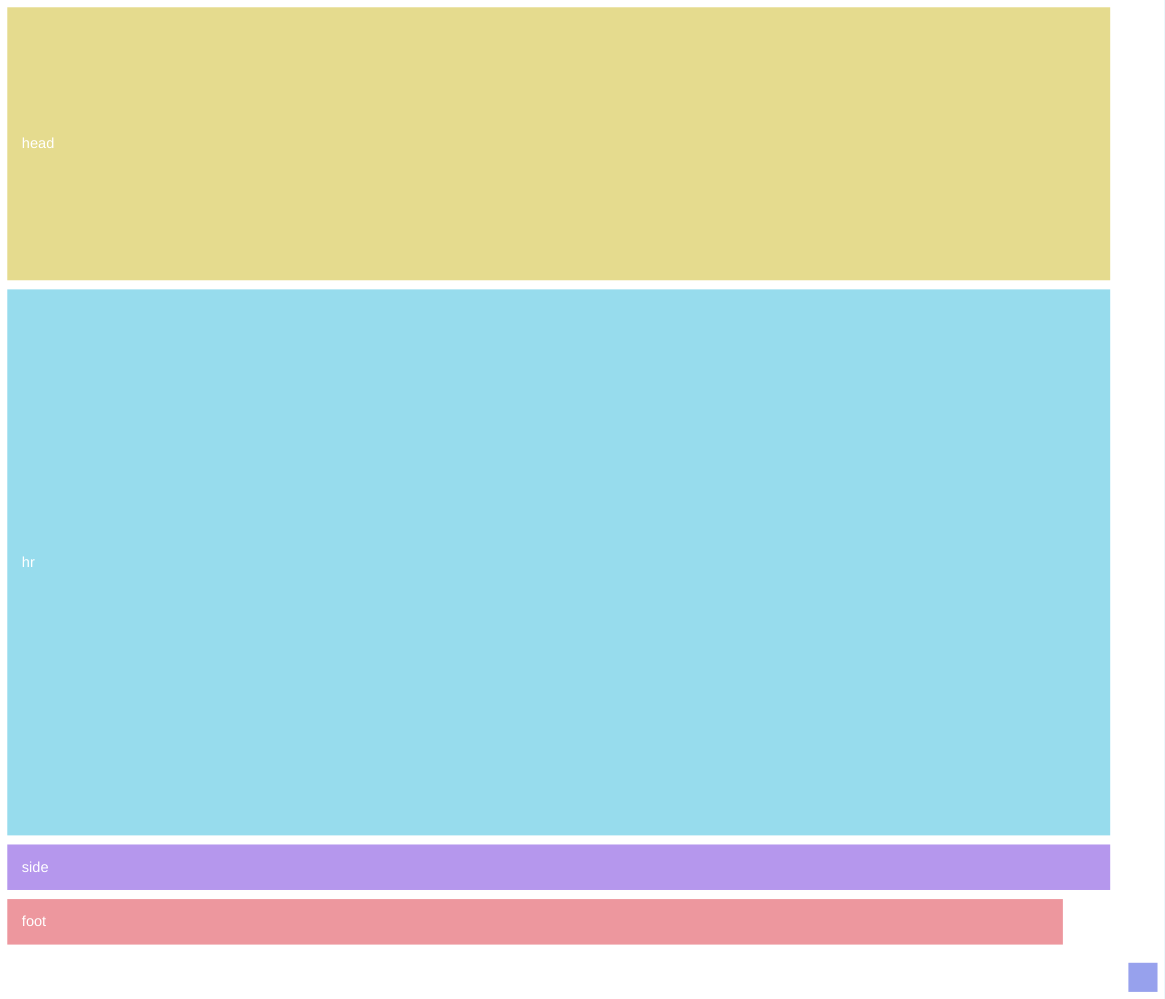
Repository: SamirIngley/html-semantic
Page: templates/grid.html
These files come from the project's save history. The page is drawn as it stood at one moment and after the next save; the edit follows.
The browser window is 1280 px wide. The pictures show the whole page, at 91% of full size.

Above is the page before, as saved 2020-02-06 15:29:38.

After the next save:
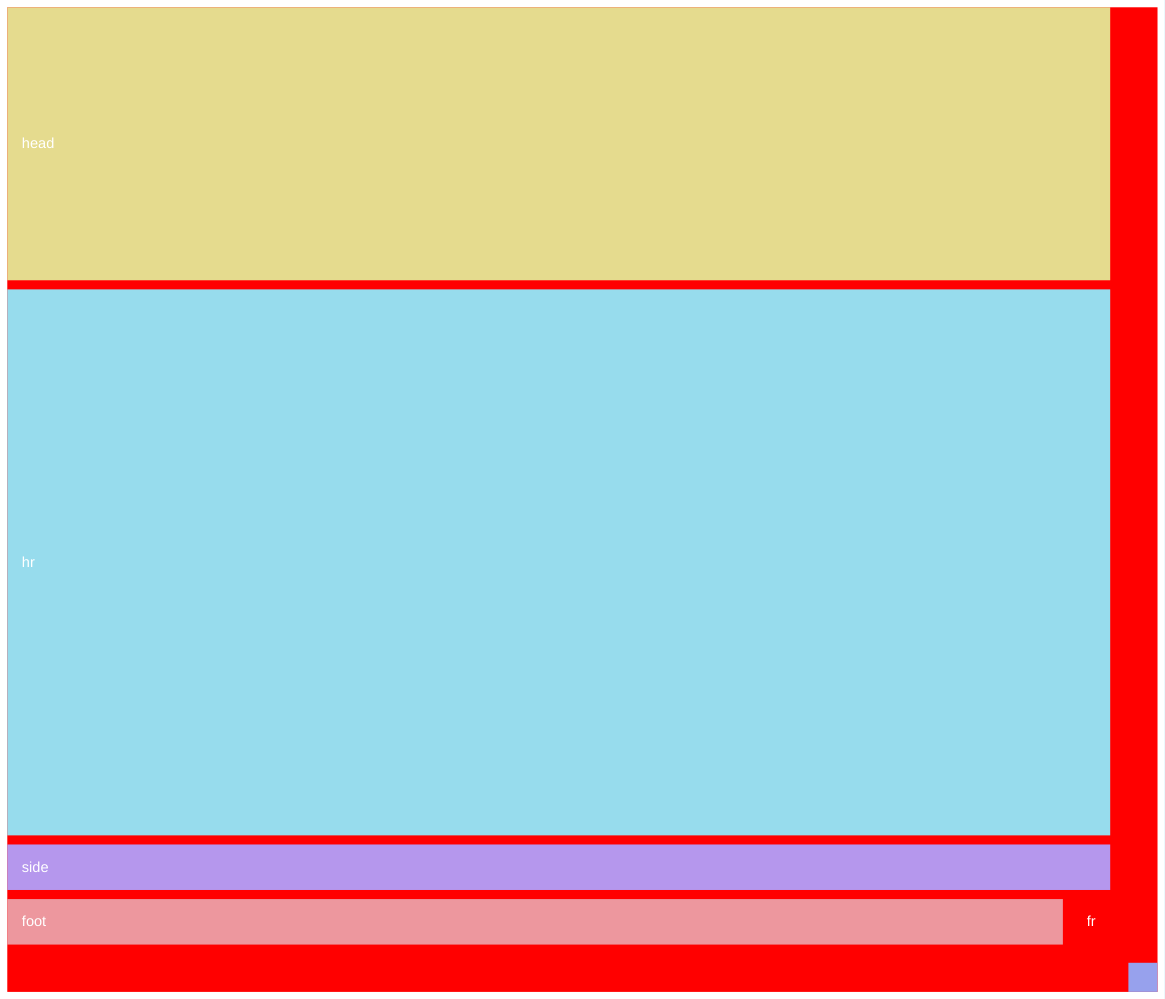
Saved 5 s later.
--- a/templates/grid.html
+++ b/templates/grid.html
@@ -37,7 +37,7 @@
 
 <style>
   .wrapper {
-    background-color:
+    background-color: red;
     display: grid;
     grid-gap: 10px;
     grid-template-columns: repeat(2, 1fr);

After the save that followed:
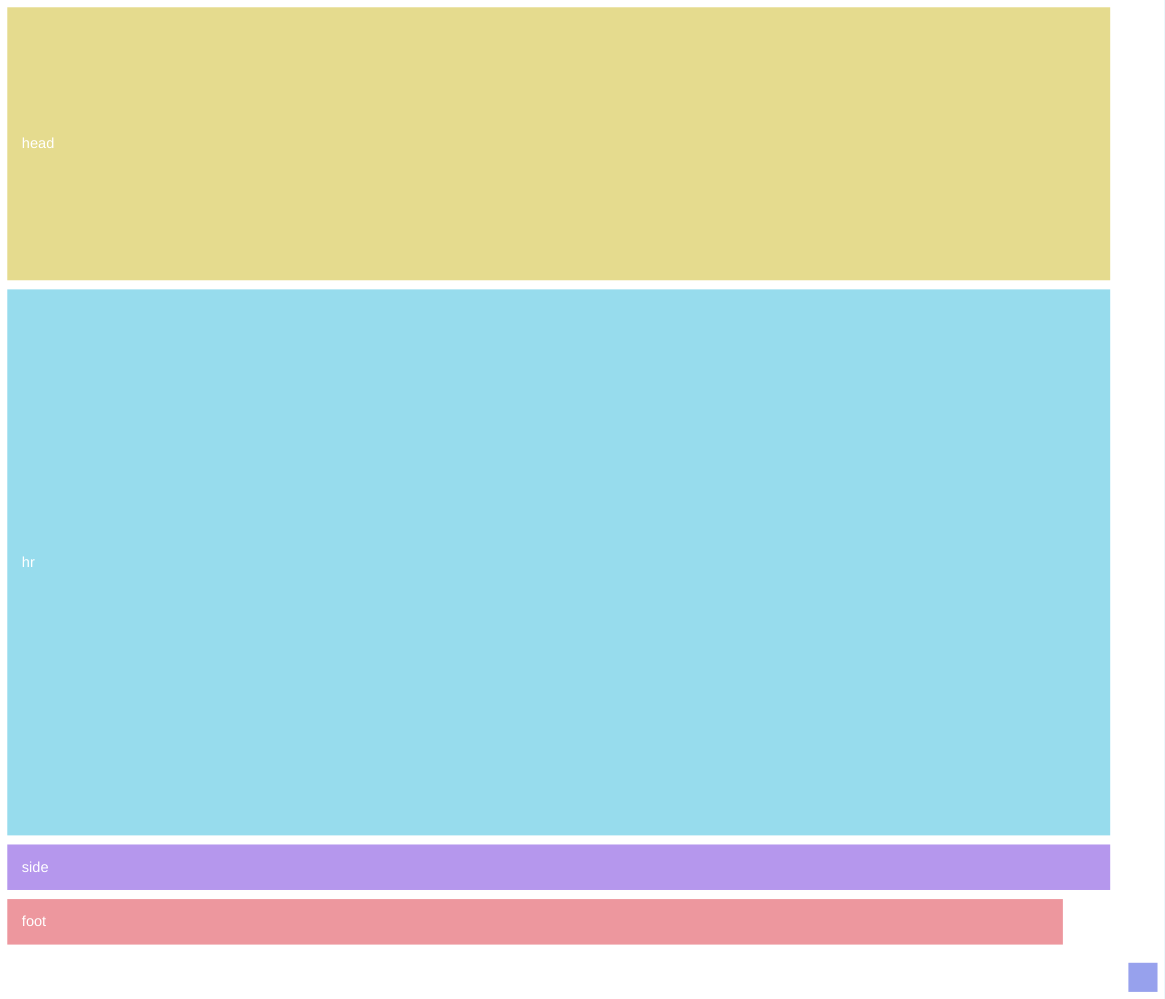
Saved 9 s later.
--- a/templates/grid.html
+++ b/templates/grid.html
@@ -37,7 +37,6 @@
 
 <style>
   .wrapper {
-    background-color: red;
     display: grid;
     grid-gap: 10px;
     grid-template-columns: repeat(2, 1fr);
